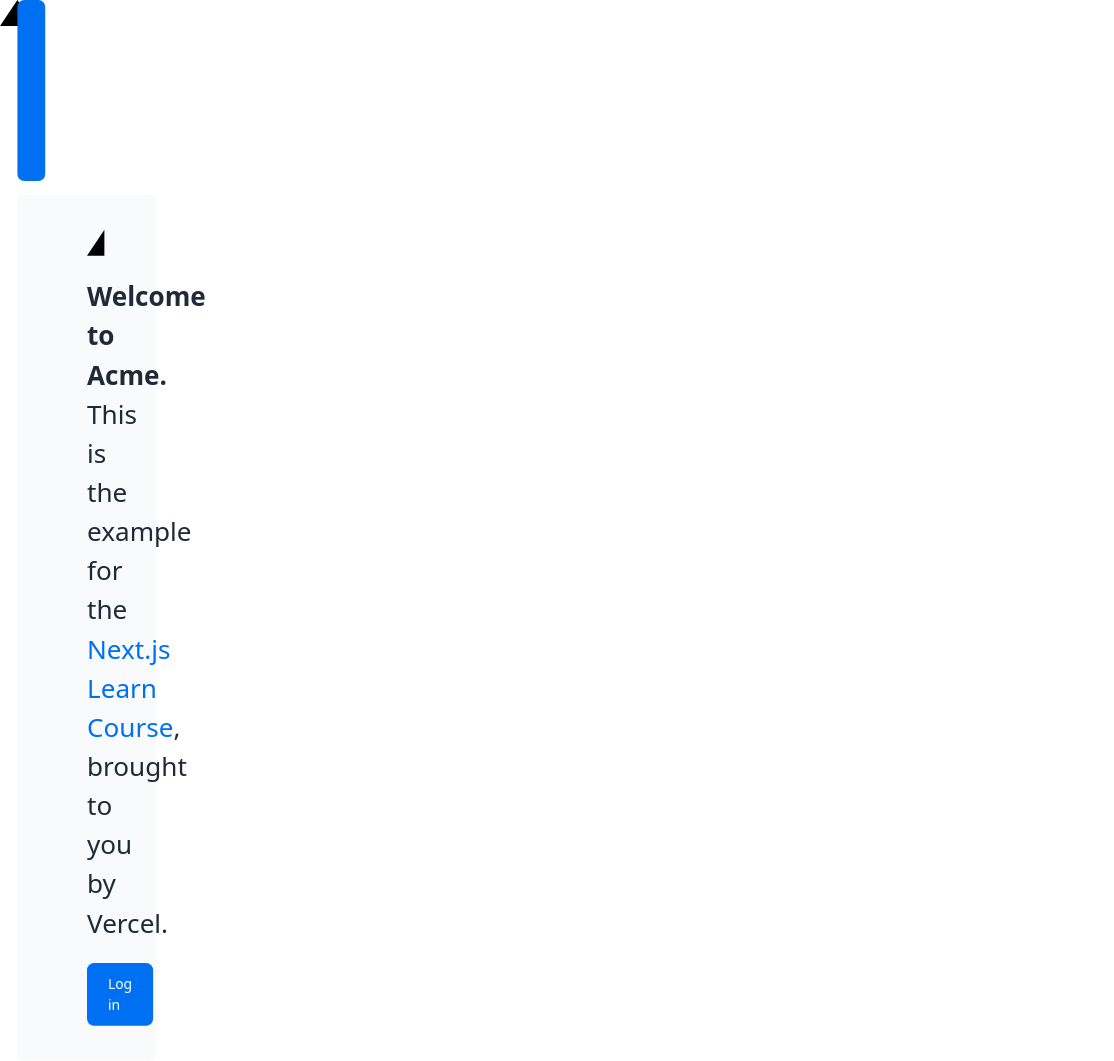
Repository: dev1siWoo/nextjs-dashboard
Page: /
The author's editor kept a copy of each file at every save. The page is drawn from the files as they stood at one save, then again after the next save.
The browser window is 1280 px wide. The pictures show the whole page, at 87% of full size.
The project was rebuilt for these pictures with package versions that can differ from the ones it lists, and the page was loaded fresh each time. The framework's server and built-in components were replaced by stand-ins that run in the browser. Also part of the build but not shown: next.config.js.

Above is the page before, as saved 2023-10-27 17:54:04.

### app/layout.tsx
import './ui/global.css'

export default function RootLayout({
  children,
}: {
  children: React.ReactNode;
}) {
  return (
    <html lang="en">
      <body>{children}</body>
    </html>
  );
}

### app/page.tsx
import AcmeLogo from "@/app/ui/acme-logo"
import styles from './ui/home.module.css'
import Link from "next/link"
export default function Page() {
	return (
		<main className={styles.shape}>
			<div className='flex h-20 shrink-0 items-end rounded-lg bg-blue-500 p-4 md:h-52'>
				{/* <AcmeLogo /> */}
			</div>
			<div className='mt-4 flex grow flex-col gap-4 md:flex-row'>
				<div className='flex flex-col justify-center gap-6 rounded-lg bg-gray-50 px-6 py-10 md:w-2/5 md:px-20'>
					<div className='h-0 w-0 border-b-[30px] border-l-[20px] border-r-[20px border-b-black border-l-transparent border-r-transparent' />
					<p
						className={`text-xl text-gray-800 md:text-3xl md:leading-normal`}
					>
						<strong>Welcome to Acme.</strong> This is the example
						for the{" "}
						<a
							href='https://nextjs.org/learn/'
							className='text-blue-500'
						>
							Next.js Learn Course
						</a>
						, brought to you by Vercel.
					</p>
					<Link
						href='/login'
						className='flex items-center gap-5 self-start rounded-lg bg-blue-500 px-6 py-3 text-sm font-medium text-white transition-colors hover:bg-blue-400 md:text-base'
					>
						<span>Log in</span>
					</Link>
				</div>
				<div className='flex items-center justify-center p-6 md:w-3/5 md:px-28 md:py-12'>
					{/* Add Hero Images Here */}
				</div>
			</div>
		</main>
	)
}

Loaded but not shown: app/ui/global.css (common file); app/ui/home.module.css (common file); tailwind.config.ts (common file)

After the next save:
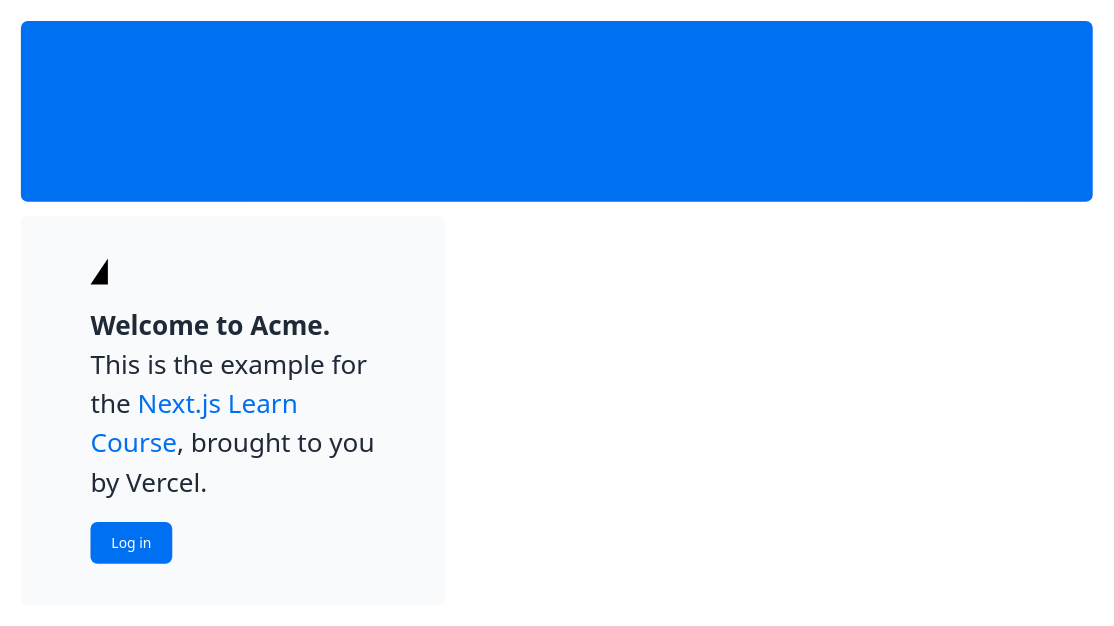
Saved 7 s later.
--- a/app/page.tsx
+++ b/app/page.tsx
@@ -3,7 +3,7 @@
 import Link from "next/link"
 export default function Page() {
 	return (
-		<main className={styles.shape}>
+		<main className={'flex min-h-screen flex-col p-6'}>
 			<div className='flex h-20 shrink-0 items-end rounded-lg bg-blue-500 p-4 md:h-52'>
 				{/* <AcmeLogo /> */}
 			</div>
